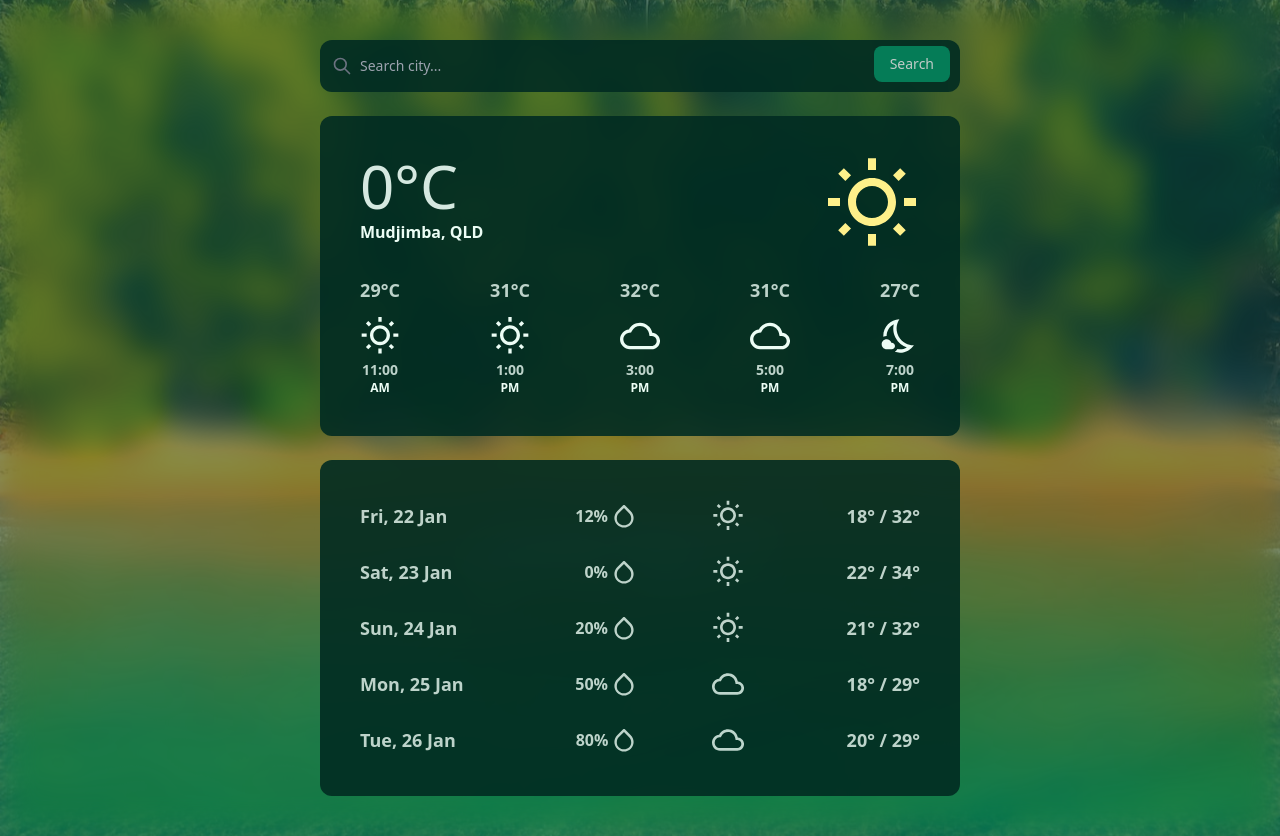
Repository: mikelCabezas/angular-exercices
Page: / (app in weather-app/)
These files come from the project's save history. The page is drawn as it stood at one moment and after the next save; the edit follows.
The browser window is 1280 px wide. The pictures show the whole page.
The project was rebuilt for these pictures with package versions that can differ from the ones it lists, and the page was loaded fresh each time. Also part of the build but not shown: weather-app/angular.json.

Above is the page before, as saved 2023-09-18 18:46:51.

After the next save:
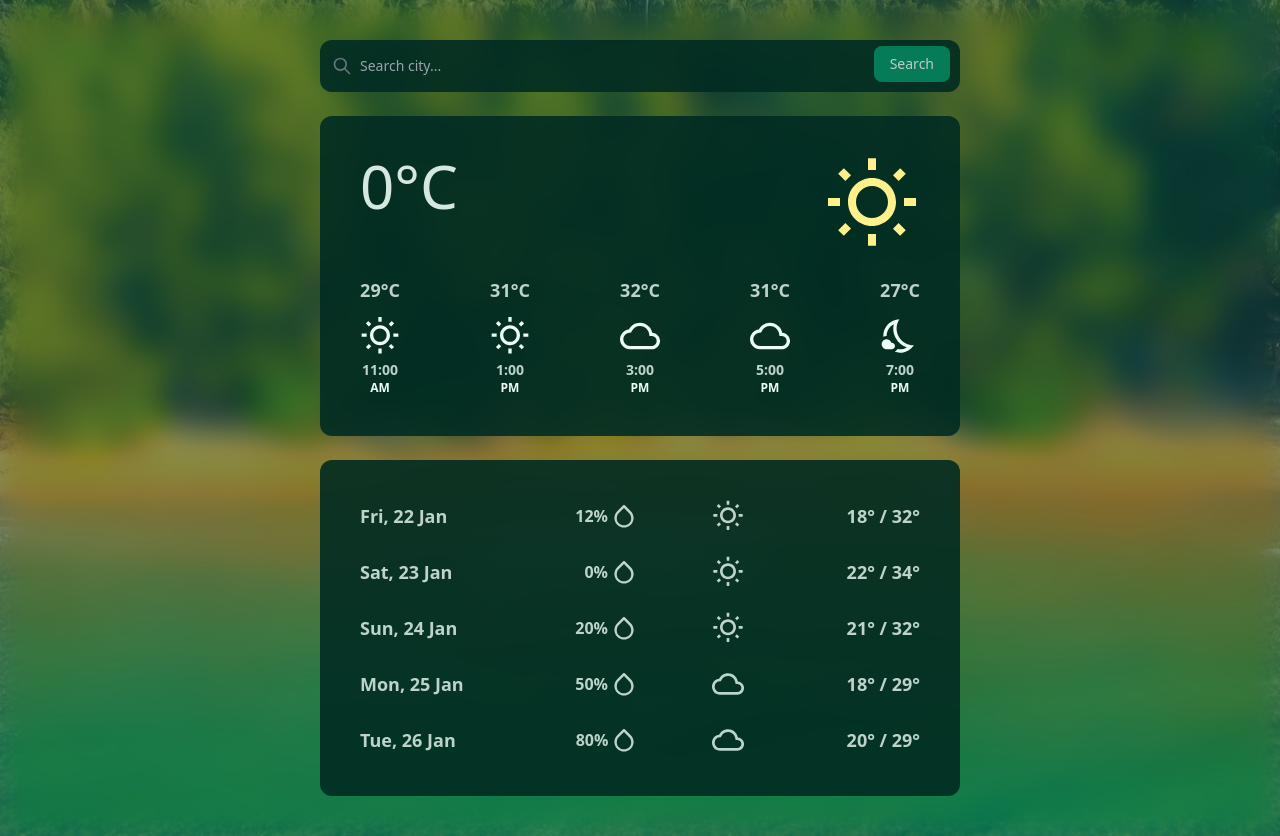
Saved 24 min 20 s later.
--- a/weather-app/src/app/components/dashboard/dashboard.component.html
+++ b/weather-app/src/app/components/dashboard/dashboard.component.html
@@ -43,7 +43,7 @@
         <div class="flex justify-between">
             <div class="flex flex-col">
                 <span class="text-6xl text-emerald-50/90 ">{{currentTemperature}}°C</span>
-                <span class="font-semibold mt-1 text-emerald-50">Mudjimba, QLD</span>
+                <span class="font-semibold mt-1 text-emerald-50">{{weatherCity}}</span>
             </div>
             <svg
                 class="h-24 w-24 fill-current text-yellow-200"
